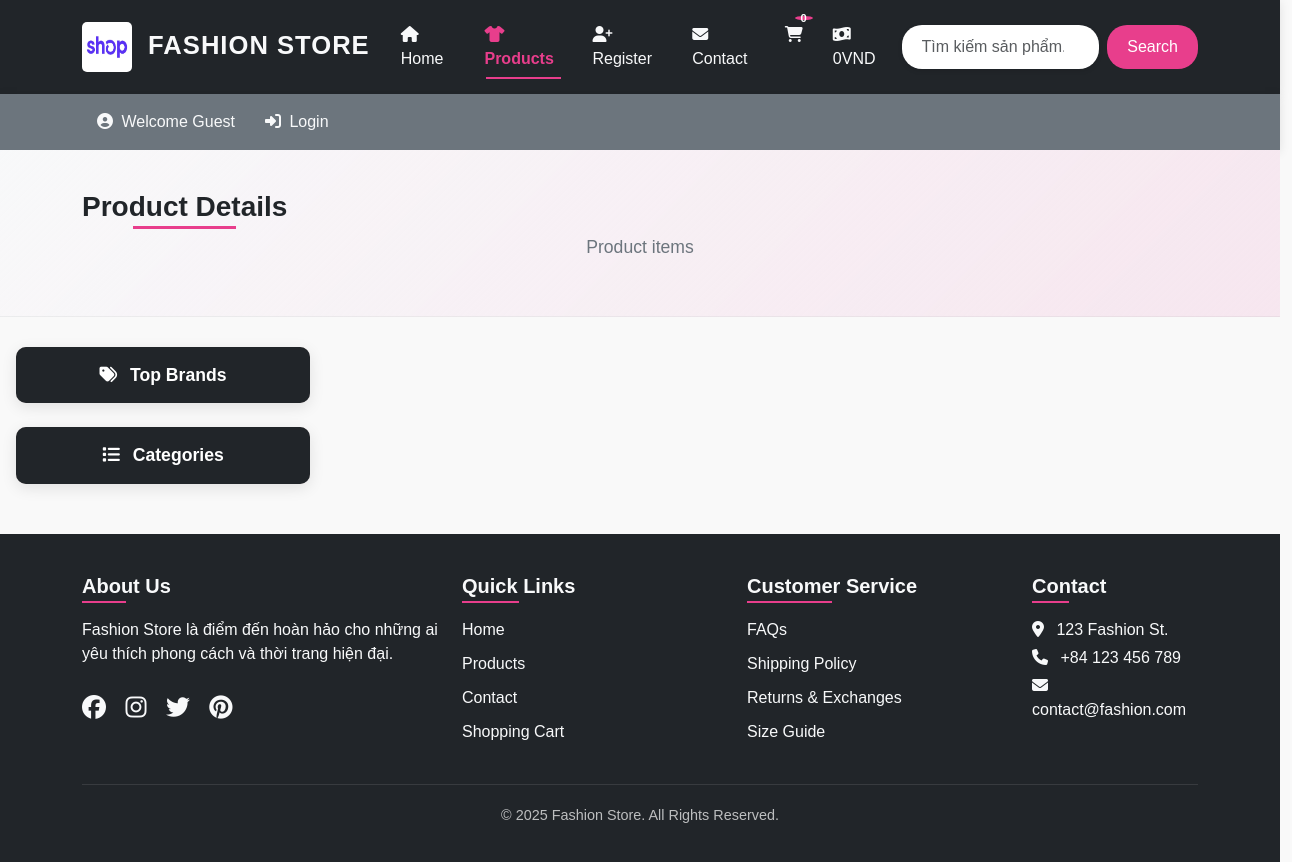
Repository: hahuuchinh2501/ecommerce_web
Page: http://localhost/product_details.php
An editor plug-in stored every save of this project. The page is shown before and after the next save, followed by the edit.
The browser window is 1280 px wide. The page is 1292 px wide, so the pictures cover 1292 px, including what lies to the right of the window. The pictures show the whole page.
The page is run by PHP 8.4 with error messages shown; the project is at /var/www/html/. Queries for data that is not in the repository find no rows.

Above is the page before, as saved 2025-03-19 17:03:52.

### product_details.php
<?php
include('includes/connect.php');
include('functions/common_function.php');
session_start();

?>



<!DOCTYPE html>
<html lang="en">

<head>
    <meta charset="UTF-8">
    <meta name="viewport" content="width=device-width, initial-scale=1.0">
    <title>website</title>
    <link href="https://cdn.jsdelivr.net/npm/bootstrap@5.3.3/dist/css/bootstrap.min.css" rel="stylesheet"
        integrity="sha384-QWTKZyjpPEjISv5WaRU9OFeRpok6YctnYmDr5pNlyT2bRjXh0JMhjY6hW+ALEwIH" crossorigin="anonymous">
    <link rel="stylesheet" href="https://cdnjs.cloudflare.com/ajax/libs/font-awesome/6.5.2/css/all.min.css"
        integrity="sha512-SnH5WK+bZxgPHs44uWIX+LLJAJ9/2PkPKZ5QiAj6Ta86w+fsb2TkcmfRyVX3pBnMFcV7oQPJkl9QevSCWr3W6A=="
        crossorigin="anonymous" referrerpolicy="no-referrer" />
    <link rel="stylesheet" href="style.css">
    <link rel="stylesheet" href="product_details.css">
<link rel="stylesheet" href="index.css">

</head>

<body>
    <!-- navbar -->
       <div class="container-fluid p-0">
        <nav class="navbar navbar-expand-lg main-navbar">
            <div class="container">
                <a class="navbar-brand" href="index.php">
                    <img src="./images/shop.jpg" alt="Fashion Store Logo" class="logo me-2">
                    FASHION STORE
                </a>
                <button class="navbar-toggler" type="button" data-bs-toggle="collapse"
                    data-bs-target="#navbarSupportedContent" aria-controls="navbarSupportedContent"
                    aria-expanded="false" aria-label="Toggle navigation">
                    <span class="navbar-toggler-icon"></span>
                </button>
                <div class="collapse navbar-collapse" id="navbarSupportedContent">
                    <ul class="navbar-nav me-auto mb-2 mb-lg-0">
                        <li class="nav-item">
                            <a class="nav-link" aria-current="page" href="index.php">
                                <i class="fas fa-home me-1"></i> Home
                            </a>
                        </li>
                        <li class="nav-item">
                            <a class="nav-link active" href="display_all.php">
                                <i class="fas fa-tshirt me-1"></i> Products
                            </a>
                        </li>
                        <?php
                        if(isset($_SESSION['username'])) {
                            echo "<li class='nav-item'>";
                            echo "<a class='nav-link' href='./users_area/profile.php'><i class='fas fa-user me-1'></i> My Account</a>";
                            echo "</li>";
                        } else {
                            echo "<li class='nav-item'>";
                            echo "<a class='nav-link' href='./users_area/user_registration.php'><i class='fas fa-user-plus me-1'></i> Register</a>";
                            echo "</li>";
                        }
                        ?>
                        <li class="nav-item">
                            <a class="nav-link" href="#">
                                <i class="fas fa-envelope me-1"></i> Contact
                            </a>
                        </li>
                        <li class="nav-item">
                            <a class="nav-link" href="cart.php">
                                <span class="cart-icon">
                                    <i class="fa-solid fa-cart-shopping"></i>
                                    <sup><?php cart_item(); ?></sup>
                                </span>
                            </a>
                        </li>
                        <li class="nav-item">
                            <a class="nav-link" href="#">
                                <i class="fas fa-money-bill-wave me-1"></i> <?php total_cart_price(); ?>VND
                            </a>
                        </li>
                    </ul>
                    <form class="d-flex" role="search" action="search_product.php" method="get">
                        <input class="form-control me-2" type="search" placeholder="Tìm kiếm sản phẩm..." aria-label="Search"
                            name="search_data">
                        <input type="submit" value="Search" class="btn btn-search" name="search_data_product">
                    </form>
                </div>
            </div>
        </nav>


        <?php
        cart();
        ?>

        <nav class="navbar navbar-expand-lg navbar-dark secondary-navbar">
            <div class="container">
                <ul class="navbar-nav me-auto">
                    <?php
                    if (!isset($_SESSION['username'])) {
                        echo "<li class='nav-item'>";
                        echo "<a class='nav-link' href='#'><i class='fas fa-user-circle me-1'></i> Welcome Guest</a>";
                        echo "</li>";
                    } else {
                        echo "<li class='nav-item'>";
                        echo "<a class='nav-link' href='#'><i class='fas fa-user-circle me-1'></i> Welcome " . $_SESSION['username'] . "</a>";
                        echo "</li>";
                    }

                    if (!isset($_SESSION['username'])) {
                        echo "<li class='nav-item'>";
                        echo "<a class='nav-link' href='./users_area/user_login.php'><i class='fas fa-sign-in-alt me-1'></i> Login</a>";
                        echo "</li>";
                    } else {
                        echo "<li class='nav-item'>";
                        echo "<a class='nav-link' href='./users_area/logout.php'><i class='fas fa-sign-out-alt me-1'></i> Logout</a>";
                        echo "</li>";
                    }
                    ?>
                </ul>
            </div>
        </nav>
         <div class="header-section">
            <div class="container">
                <h3 class="text-center">Product Details</h3>
                <p class="text-center">Product items</p>
            </div>
        </div>

        <div class="row px-3">
            <div class="col-md-10">
                <div class="row">




                    <!-- fetching products -->

                    <?php
                    view_details();
                    get_unique_categories();
                    get_unique_brands();
                    ?>





                    <!-- row end    -->
                </div>
                <!-- col end -->
            </div>

             <div class="col-md-3">
                    <!-- Brands sidebar -->
                    <div class="sidebar mb-4">
                        <div class="sidebar-header">
                            <i class="fas fa-tags me-2"></i> Top Brands
                        </div>
                        <ul class="list-unstyled mb-0">
                            <?php getbrands(); ?>
                        </ul>
                    </div>

                    <!-- Categories sidebar -->
                    <div class="sidebar">
                        <div class="sidebar-header">
                            <i class="fas fa-list me-2"></i> Categories
                        </div>
                        <ul class="list-unstyled mb-0">
                            <?php getcategories(); ?>
                        </ul>
                    </div>
                </div>
        </div>

        <!-- include footer  -->
         <footer><?php
        include("./includes/footer.php")
            ?></footer>

    </div>

    <script src="https://cdn.jsdelivr.net/npm/bootstrap@5.3.3/dist/js/bootstrap.bundle.min.js"
        integrity="sha384-YvpcrYf0tY3lHB60NNkmXc5s9fDVZLESaAA55NDzOxhy9GkcIdslK1eN7N6jIeHz"
        crossorigin="anonymous">

        // Add hover effect for cards
        document.addEventListener('DOMContentLoaded', function() {
            // Stagger animation for cards
            const cards = document.querySelectorAll('.card');
            cards.forEach((card, index) => {
                card.style.animationDelay = `${index * 0.1}s`;
            });

            // Smooth scroll for navigation links
            document.querySelectorAll('a[href^="#"]').forEach(anchor => {
                anchor.addEventListener('click', function (e) {
                    e.preventDefault();
                    document.querySelector(this.getAttribute('href')).scrollIntoView({
                        behavior: 'smooth'
                    });
                });
            });
        });
    </>
    </script>
</body>

</html>

### includes/connect.php
<?php

$con = mysqli_connect('127.0.0.1:3316', 'root', '123', 'myshop');
if (!$con) {
    die(mysqli_error($con));
}


?>

### includes/footer.php
<div class="container">
                <div class="row">
                    <div class="col-md-4">
                        <h5 class="footer-heading">About Us</h5>
                        <p>Fashion Store là điểm đến hoàn hảo cho những ai yêu thích phong cách và thời trang hiện đại.</p>
                        <div class="mt-4">
                            <a href="#" class="social-icon"><i class="fab fa-facebook"></i></a>
                            <a href="#" class="social-icon"><i class="fab fa-instagram"></i></a>
                            <a href="#" class="social-icon"><i class="fab fa-twitter"></i></a>
                            <a href="#" class="social-icon"><i class="fab fa-pinterest"></i></a>
                        </div>
                    </div>
                    <div class="col-md-3">
                        <h5 class="footer-heading">Quick Links</h5>
                        <a href="index.php" class="footer-link">Home</a>
                        <a href="display_all.php" class="footer-link">Products</a>
                        <a href="#" class="footer-link">Contact</a>
                        <a href="cart.php" class="footer-link">Shopping Cart</a>
                    </div>
                    <div class="col-md-3">
                        <h5 class="footer-heading">Customer Service</h5>
                        <a href="#" class="footer-link">FAQs</a>
                        <a href="#" class="footer-link">Shipping Policy</a>
                        <a href="#" class="footer-link">Returns & Exchanges</a>
                        <a href="#" class="footer-link">Size Guide</a>
                    </div>
                    <div class="col-md-2">
                        <h5 class="footer-heading">Contact</h5>
                        <p class="mb-1"><i class="fas fa-map-marker-alt me-2"></i> 123 Fashion St.</p>
                        <p class="mb-1"><i class="fas fa-phone me-2"></i> +84 123 456 789</p>
                        <p class="mb-1"><i class="fas fa-envelope me-2"></i> contact@fashion.com</p>
                    </div>
                </div>
                <div class="copyright">
                    <p>&copy; <?php echo date('Y'); ?> Fashion Store. All Rights Reserved.</p>
                </div>
            </div>

### style.css
* {
  margin: 0;
  padding: 0;
  box-sizing: border-box;
}

.logo {
  width: 7%;
  height: 7%;
}

.card-img-top {
  height: 360px; /* Đặt chiều cao cố định */
  object-fit: cover; /* Đảm bảo hình ảnh vừa khung và không bị biến dạng */
}

.cart_img {
  width: 50px;
  height: 50px;
}

### product_details.css
/* Product Details Specific Styles */
.product-details-container {
  padding: 30px 0;
}

.product-main-img {
  border-radius: 10px;
  box-shadow: 0 4px 15px rgba(0, 0, 0, 0.1);
  transition: transform 0.3s ease;
  width: 100%;
  height: auto;
  object-fit: cover;
}

.product-main-img:hover {
  transform: scale(1.02);
}

.product-details-card {
  border: none;
  border-radius: 10px;
  padding: 25px;
  height: 100%;
  box-shadow: 0 4px 15px rgba(0, 0, 0, 0.1);
  background-color: white;
  transition: all 0.3s ease;
}

.product-details-card:hover {
  box-shadow: 0 10px 25px rgba(0, 0, 0, 0.15);
}

.product-title {
  font-size: 1.8rem;
  font-weight: 700;
  color: var(--primary-color);
  margin-bottom: 15px;
  border-bottom: 2px solid var(--highlight-color);
  padding-bottom: 10px;
}

.product-price {
  font-size: 1.5rem;
  font-weight: 600;
  color: var(--highlight-color);
  margin: 15px 0;
}

.product-description {
  color: var(--secondary-color);
  font-size: 1rem;
  line-height: 1.6;
  margin-bottom: 25px;
}

.product-action-buttons {
  display: flex;
  gap: 15px;
  margin-top: 20px;
}

.product-action-buttons .btn {
  flex: 1;
  padding: 12px 20px;
  font-weight: 500;
  border-radius: 30px;
  transition: all 0.3s ease;
}

.product-action-buttons .btn:hover {
  transform: translateY(-3px);
  box-shadow: 0 5px 15px rgba(0, 0, 0, 0.15);
}

.product-action-buttons .btn-add-cart {
  background-color: var(--highlight-color);
  color: white;
  border: none;
}

.product-action-buttons .btn-add-cart:hover {
  background-color: #d33077;
}

.product-action-buttons .btn-home {
  background-color: var(--secondary-color);
  color: white;
  border: none;
}

.product-action-buttons .btn-home:hover {
  background-color: #5a6268;
}

.related-products-title {
  font-size: 1.5rem;
  font-weight: 600;
  color: var(--primary-color);
  margin: 30px 0 20px;
  text-align: center;
  position: relative;
}

.related-products-title::after {
  content: "";
  position: absolute;
  bottom: -10px;
  left: 50%;
  transform: translateX(-50%);
  width: 100px;
  height: 3px;
  background-color: var(--highlight-color);
}

.related-img-container {
  border-radius: 10px;
  overflow: hidden;
  box-shadow: 0 4px 15px rgba(0, 0, 0, 0.1);
  margin-bottom: 20px;
  position: relative;
  height: 250px;
}

.related-product-img {
  width: 100%;
  height: 100%;
  object-fit: cover;
  transition: transform 0.5s ease;
}

.related-img-container:hover .related-product-img {
  transform: scale(1.1);
}

.related-img-overlay {
  position: absolute;
  bottom: 0;
  left: 0;
  right: 0;
  background: linear-gradient(to top, rgba(0, 0, 0, 0.7), transparent);
  padding: 15px;
  opacity: 0;
  transition: opacity 0.3s ease;
}

.related-img-container:hover .related-img-overlay {
  opacity: 1;
}

.product-details-section {
  animation: fadeInUp 0.6s ease-out forwards;
}

/* Product specifications table */
.product-specs {
  margin: 25px 0;
}

.specs-table {
  width: 100%;
  border-collapse: collapse;
}

.specs-table tr {
  border-bottom: 1px solid rgba(0, 0, 0, 0.1);
}

.specs-table tr:last-child {
  border-bottom: none;
}

.specs-table td {
  padding: 10px 0;
}

.specs-table td:first-child {
  font-weight: 600;
  color: var(--primary-color);
  width: 40%;
}

.specs-table td:last-child {
  color: var(--secondary-color);
}

/* Product quantity selector */
.quantity-selector {
  display: flex;
  align-items: center;
  margin-bottom: 20px;
}

.quantity-selector label {
  margin-right: 15px;
  font-weight: 500;
  color: var(--primary-color);
}

.quantity-input {
  width: 70px;
  text-align: center;
  border: 1px solid rgba(0, 0, 0, 0.1);
  border-radius: 5px;
  padding: 8px;
}

.quantity-btn {
  background-color: var(--light-bg);
  border: none;
  width: 35px;
  height: 35px;
  border-radius: 50%;
  display: flex;
  align-items: center;
  justify-content: center;
  cursor: pointer;
  margin: 0 5px;
  transition: all 0.2s;
}

.quantity-btn:hover {
  background-color: var(--highlight-color);
  color: white;
}

### index.css
:root {
  --primary-color: #212529;
  --accent-color: #f8f9fa;
  --secondary-color: #6c757d;
  --highlight-color: #e83e8c;
  --light-bg: #f8f9fa;
  --dark-bg: #495057;
}

body {
  overflow-x: hidden;
  font-family: "Poppins", sans-serif;
  background-color: #f9f9f9;
}

/* Navbar styling */
.navbar {
  box-shadow: 0 2px 10px rgba(0, 0, 0, 0.1);
  transition: all 0.3s ease;
}

.main-navbar {
  background-color: var(--primary-color);
  padding: 15px 0;
}

.navbar-brand {
  font-weight: 700;
  color: var(--accent-color) !important;
  font-size: 1.6rem;
  letter-spacing: 1px;
}

.logo {
  height: 50px;
  width: 50px;
  border-radius: 5px;
  transition: transform 0.3s;
}

.logo:hover {
  transform: scale(1.05);
}

.nav-link {
  color: var(--accent-color) !important;
  font-weight: 500;
  padding: 8px 15px !important;
  transition: color 0.3s, transform 0.3s;
  position: relative;
}

.nav-link:hover {
  color: var(--highlight-color) !important;
  transform: translateY(-2px);
}

.nav-link::after {
  content: "";
  position: absolute;
  width: 0;
  height: 2px;
  bottom: 0;
  left: 50%;
  background-color: var(--highlight-color);
  transition: width 0.3s, left 0.3s;
}

.nav-link:hover::after {
  width: 70%;
  left: 15%;
}

.nav-link.active {
  color: var(--highlight-color) !important;
  font-weight: 600;
}

.nav-link.active::after {
  width: 70%;
  left: 15%;
}

.form-control {
  border-radius: 20px;
  padding: 10px 20px;
  border: none;
  box-shadow: 0 2px 5px rgba(0, 0, 0, 0.1);
}

.btn-search {
  border-radius: 20px;
  padding: 10px 20px;
  background-color: var(--highlight-color);
  color: white;
  border: none;
  transition: all 0.3s;
  font-weight: 500;
}

.btn-search:hover {
  background-color: #d33077;
  transform: translateY(-2px);
  box-shadow: 0 4px 8px rgba(232, 62, 140, 0.3);
}

/* Secondary navbar */
.secondary-navbar {
  background-color: var(--secondary-color);
  padding: 8px 0;
}

/* Header section */
.header-section {
  background-color: var(--light-bg);
  padding: 40px 0;
  margin-bottom: 30px;
  background-image: linear-gradient(
    135deg,
    rgba(248, 249, 250, 0.9),
    rgba(232, 62, 140, 0.1)
  );
  border-bottom: 1px solid rgba(0, 0, 0, 0.05);
}

.header-section h3 {
  font-weight: 700;
  color: var(--primary-color);
  margin-bottom: 10px;
  position: relative;
  display: inline-block;
}

.header-section h3::after {
  content: "";
  position: absolute;
  width: 50%;
  height: 3px;
  background-color: var(--highlight-color);
  bottom: -5px;
  left: 25%;
}

.header-section p {
  color: var(--secondary-color);
  font-size: 1.1rem;
}

/* Card styling */
.card {
  border: none;
  border-radius: 10px;
  overflow: hidden;
  transition: all 0.3s ease;
  box-shadow: 0 4px 15px rgba(0, 0, 0, 0.1);
  height: 100%;
}

.card:hover {
  transform: translateY(-10px);
  box-shadow: 0 15px 30px rgba(0, 0, 0, 0.15);
}

.card-img-top {
  height: 200px;
  object-fit: cover;
  transition: transform 0.5s;
}

.card:hover .card-img-top {
  transform: scale(1.05);
}

.card-body {
  padding: 20px;
  background-color: white;
}

.card-title {
  font-weight: 600;
  color: var(--primary-color);
  margin-bottom: 10px;
}

.card-text {
  color: var(--secondary-color);
  margin-bottom: 20px;
  font-size: 0.9rem;
}

.btn-info {
  background-color: var(--highlight-color);
  color: white;
  border: none;
  border-radius: 20px;
  padding: 8px 15px;
  font-weight: 500;
  transition: all 0.3s;
}

.btn-info:hover {
  background-color: #d33077;
  transform: translateY(-2px);
  box-shadow: 0 4px 8px rgba(232, 62, 140, 0.3);
}

.btn-secondary {
  background-color: var(--secondary-color);
  border: none;
  border-radius: 20px;
  padding: 8px 15px;
  font-weight: 500;
  transition: all 0.3s;
}

.btn-secondary:hover {
  background-color: #5a6268;
  transform: translateY(-2px);
  box-shadow: 0 4px 8px rgba(108, 117, 125, 0.3);
}

/* Sidebar styling */
.sidebar {
  background-color: #afa4a4;
  border-radius: 10px;
  box-shadow: 0 4px 15px rgba(0, 0, 0, 0.1);
  overflow: hidden;
}

.sidebar-header {
  background-color: var(--primary-color);
  color: white;
  padding: 15px;
  font-weight: 600;
  text-align: center;
  font-size: 1.1rem;
}

.sidebar-item {
  padding: 12px 20px;
  border-bottom: 1px solid rgba(0, 0, 0, 0.05);
  transition: all 0.3s;
}

.sidebar-item:hover {
  background-color: rgba(232, 62, 140, 0.05);
  padding-left: 25px;
}

.sidebar-item a {
  color: var(--secondary-color);
  text-decoration: none;
  display: block;
  transition: color 0.3s;
}

.sidebar-item:hover a {
  color: var(--highlight-color);
}

/* Cart icon animation */
.cart-icon {
  position: relative;
  transition: transform 0.3s;
}

.cart-icon:hover {
  transform: scale(1.1);
}

.cart-icon sup {
  position: absolute;
  top: -10px;
  right: -10px;
  background-color: var(--highlight-color);
  color: white;
  border-radius: 50%;
  padding: 2px 6px;
  font-size: 0.7rem;
  font-weight: bold;
}

/* Footer styling */
footer {
  background-color: var(--primary-color);
  color: var(--accent-color);
  padding: 40px 0 20px;
  margin-top: 50px;
}

.footer-heading {
  font-weight: 600;
  margin-bottom: 20px;
  position: relative;
  display: inline-block;
}

.footer-heading::after {
  content: "";
  position: absolute;
  width: 50%;
  height: 2px;
  background-color: var(--highlight-color);
  bottom: -5px;
  left: 0;
}

.footer-link {
  color: var(--accent-color);
  text-decoration: none;
  transition: color 0.3s, padding-left 0.3s;
  display: block;
  margin-bottom: 10px;
}

.footer-link:hover {
  color: var(--highlight-color);
  padding-left: 5px;
}

.social-icon {
  color: var(--accent-color);
  font-size: 1.5rem;
  margin-right: 15px;
  transition: color 0.3s, transform 0.3s;
}

.social-icon:hover {
  color: var(--highlight-color);
  transform: translateY(-3px);
}

.copyright {
  border-top: 1px solid rgba(255, 255, 255, 0.1);
  padding-top: 20px;
  margin-top: 30px;
  text-align: center;
  font-size: 0.9rem;
  color: rgba(255, 255, 255, 0.7);
}

/* Animation for elements */
@keyframes fadeInUp {
  from {
    opacity: 0;
    transform: translateY(20px);
  }
  to {
    opacity: 1;
    transform: translateY(0);
  }
}

.card,
.header-section,
.sidebar {
  animation: fadeInUp 0.5s ease-out forwards;
}

Loaded but not shown: functions/common_function.php (506 lines, source omitted)

After the next save:
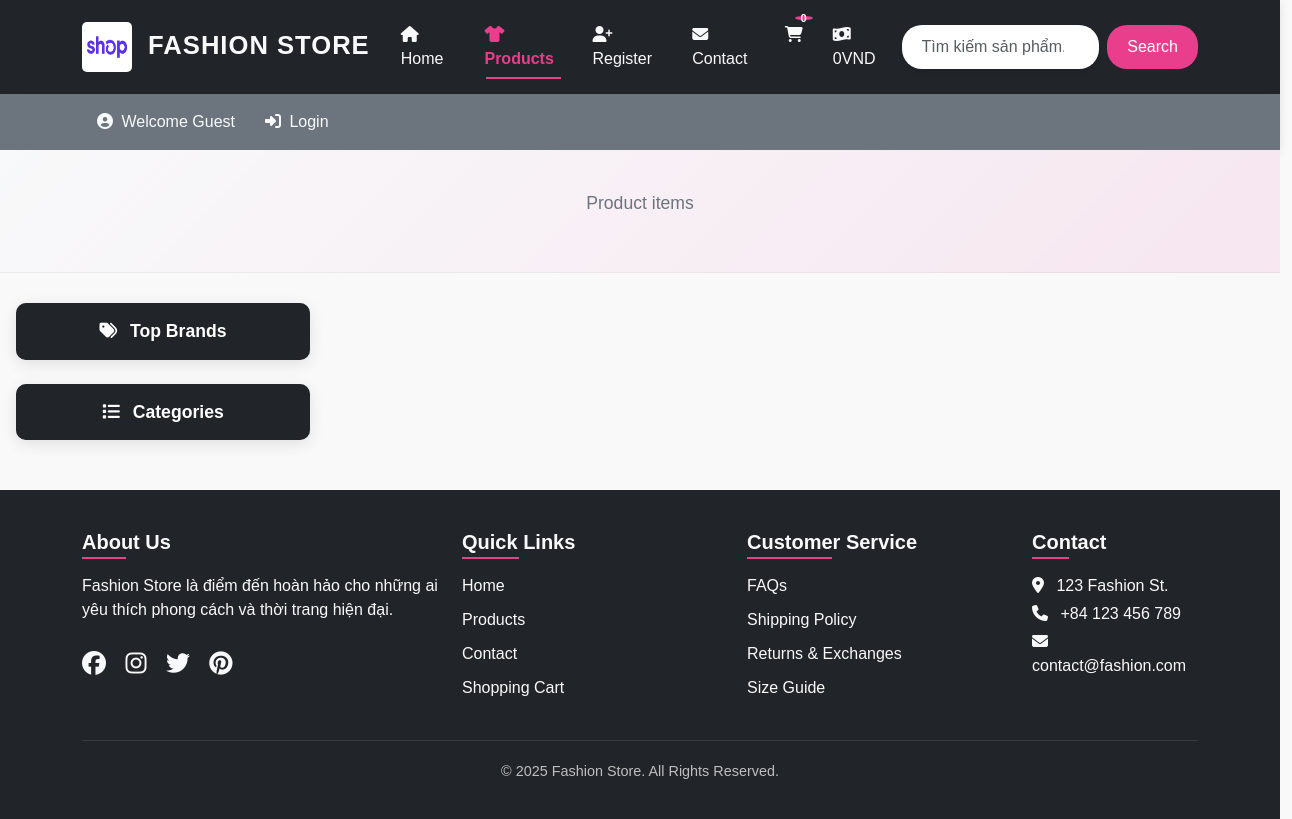
Saved 89 s later.
--- a/product_details.php
+++ b/product_details.php
@@ -124,7 +124,6 @@ session_start();
         </nav>
          <div class="header-section">
             <div class="container">
-                <h3 class="text-center">Product Details</h3>
                 <p class="text-center">Product items</p>
             </div>
         </div>
